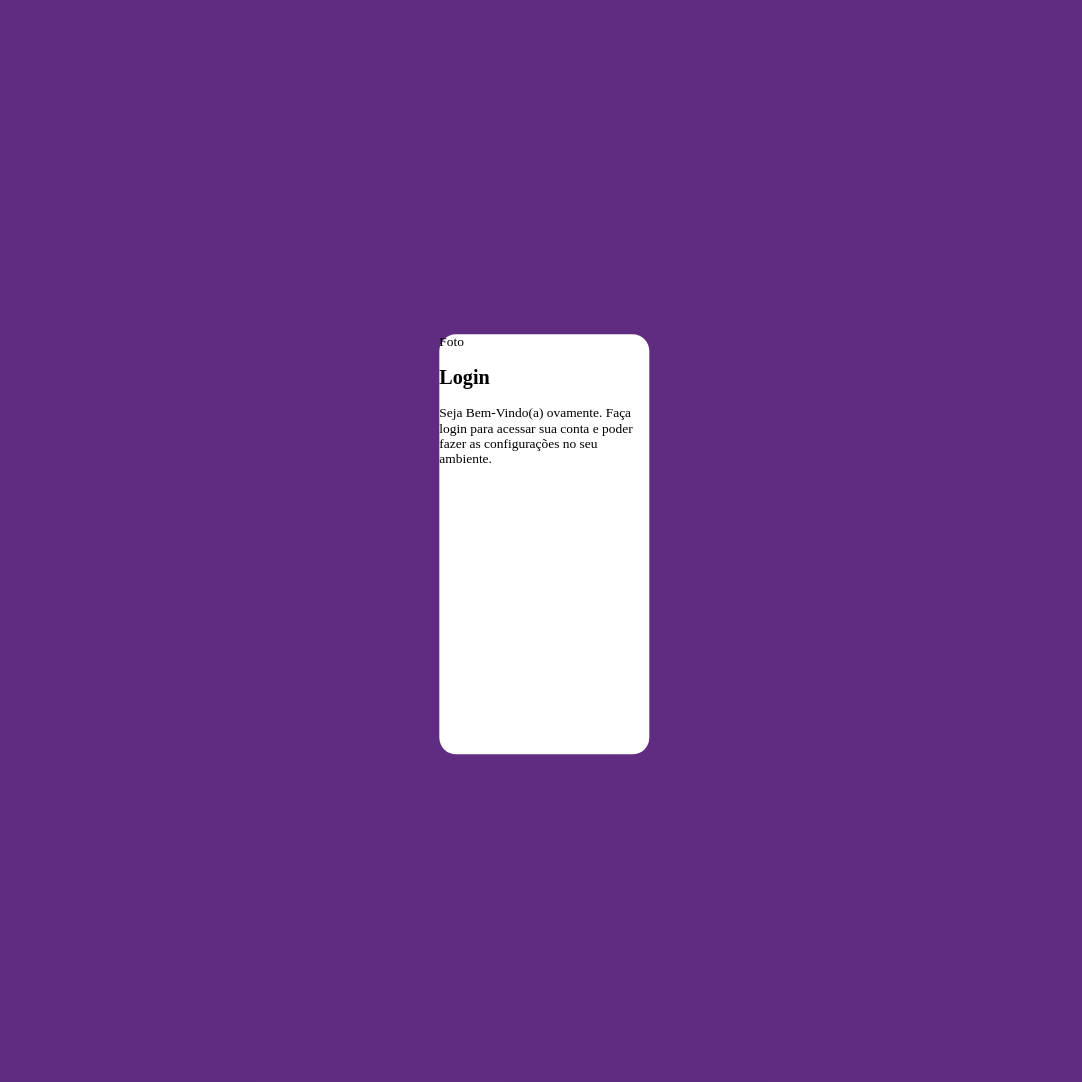
Repository: Guillermomarcon/Projeto-Login
Page: index.html
An editor plug-in stored every save of this project. The page is shown before and after the next save, followed by the edit.
The browser window is 1280 px wide. The page is 1288 px wide, so the pictures cover 1288 px, including what lies to the right of the window. The pictures show the whole page, at 84% of full size.

Above is the page before, as saved 2022-09-03 14:12:33.

After the next save:
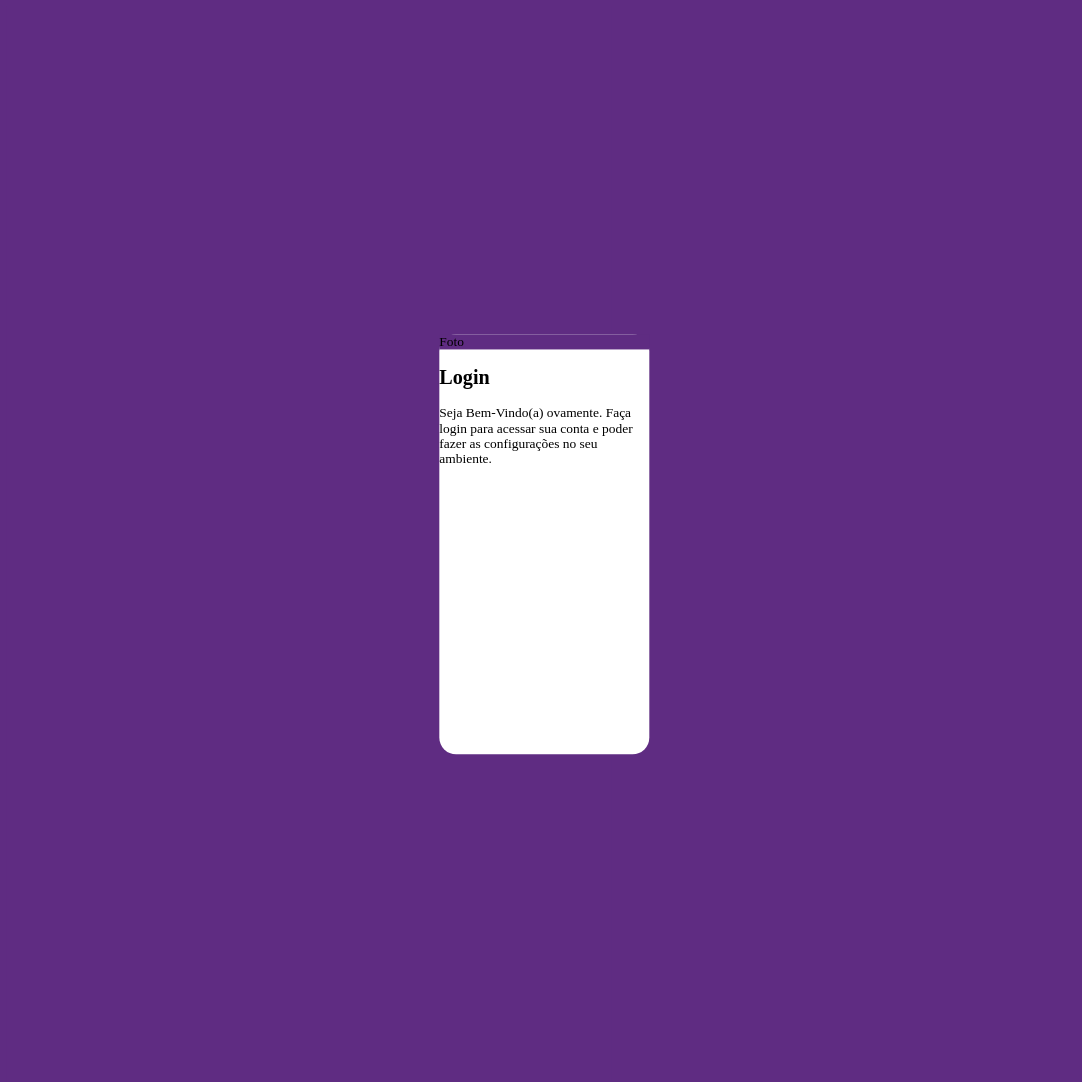
Saved 9 s later.
--- a/estilos/style.css
+++ b/estilos/style.css
@@ -38,5 +38,5 @@ section#login {
 }
 
 section#login > div#imagem {
-    background: ;
+    background: #5f2c82;
 }
